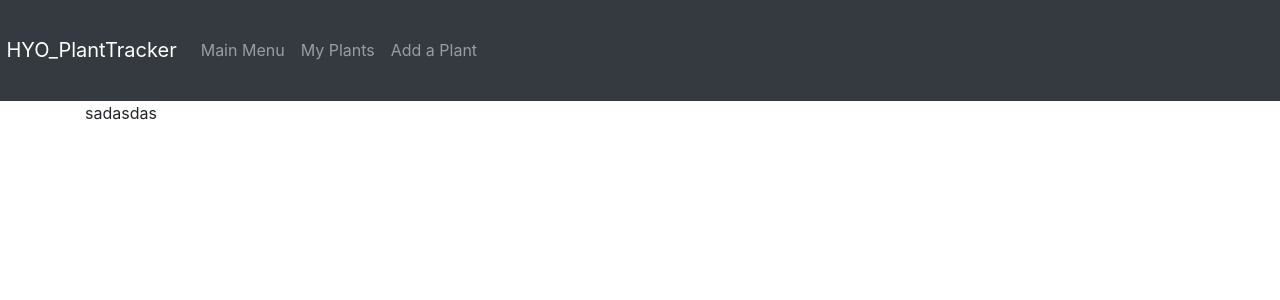
Repository: emersonwilliams/HYO_PlantTracker
Page: capstone_app/plant_tracker/templates/myplants.html
These files come from the project's save history. The page is drawn as it stood at one moment and after the next save; the edit follows.
The browser window is 1280 px wide. The pictures show the whole page.

Above is the page before, as saved 2020-08-02 00:01:08.

After the next save:
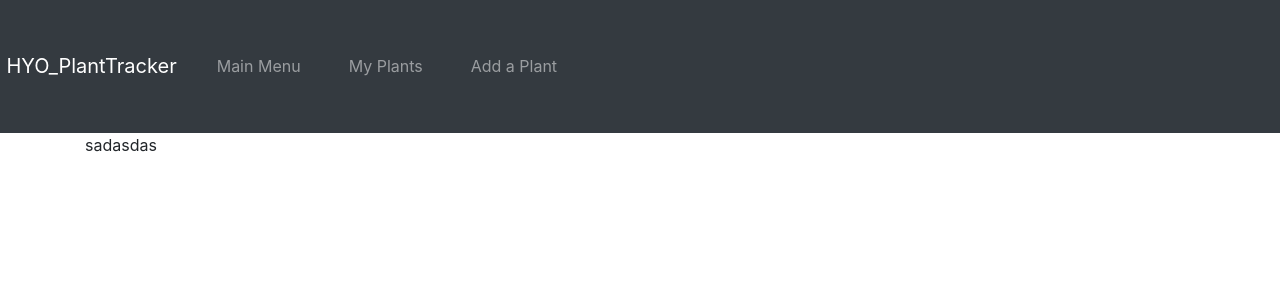
Saved 7 s later.
--- a/capstone_app/plant_tracker/static/css/myplants.css
+++ b/capstone_app/plant_tracker/static/css/myplants.css
@@ -3,5 +3,5 @@
 }
 .op1{
     padding: 2em 2em 2em 2em;
-
+    margin: 1em;
 }
